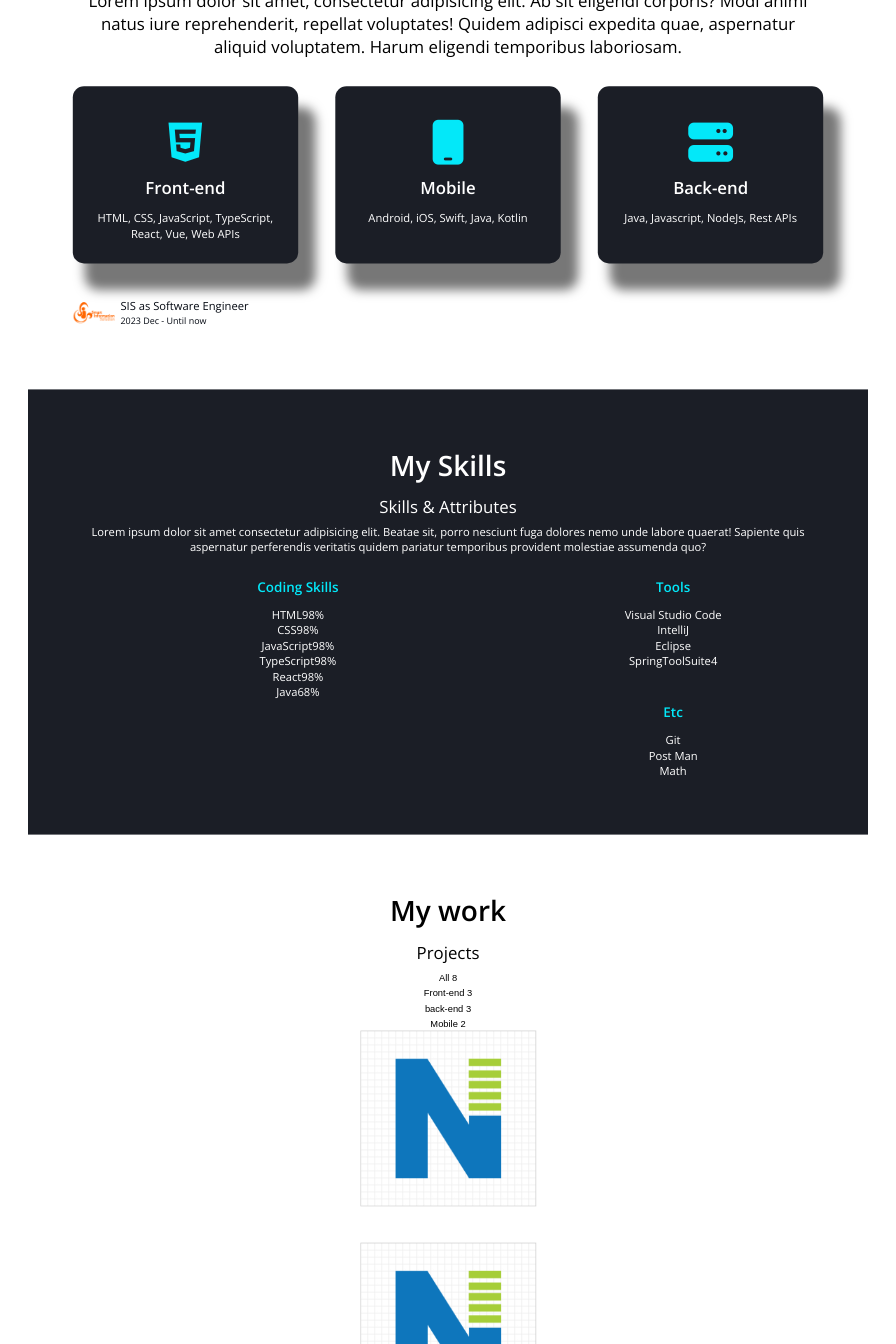
Repository: N1C0N1C0/Portfolio
Page: index.html
An editor plug-in stored every save of this project. The page is shown before and after the next save, followed by the edit.
The browser window is 1280 px wide. The pictures show the part of the page from y = 905 to 2825 px (the page is 6447 px tall), at 70% of full size.
Some web libraries are served in a nearby version.

Above is the page before, as saved 2023-12-16 23:10:58.

After the next save:
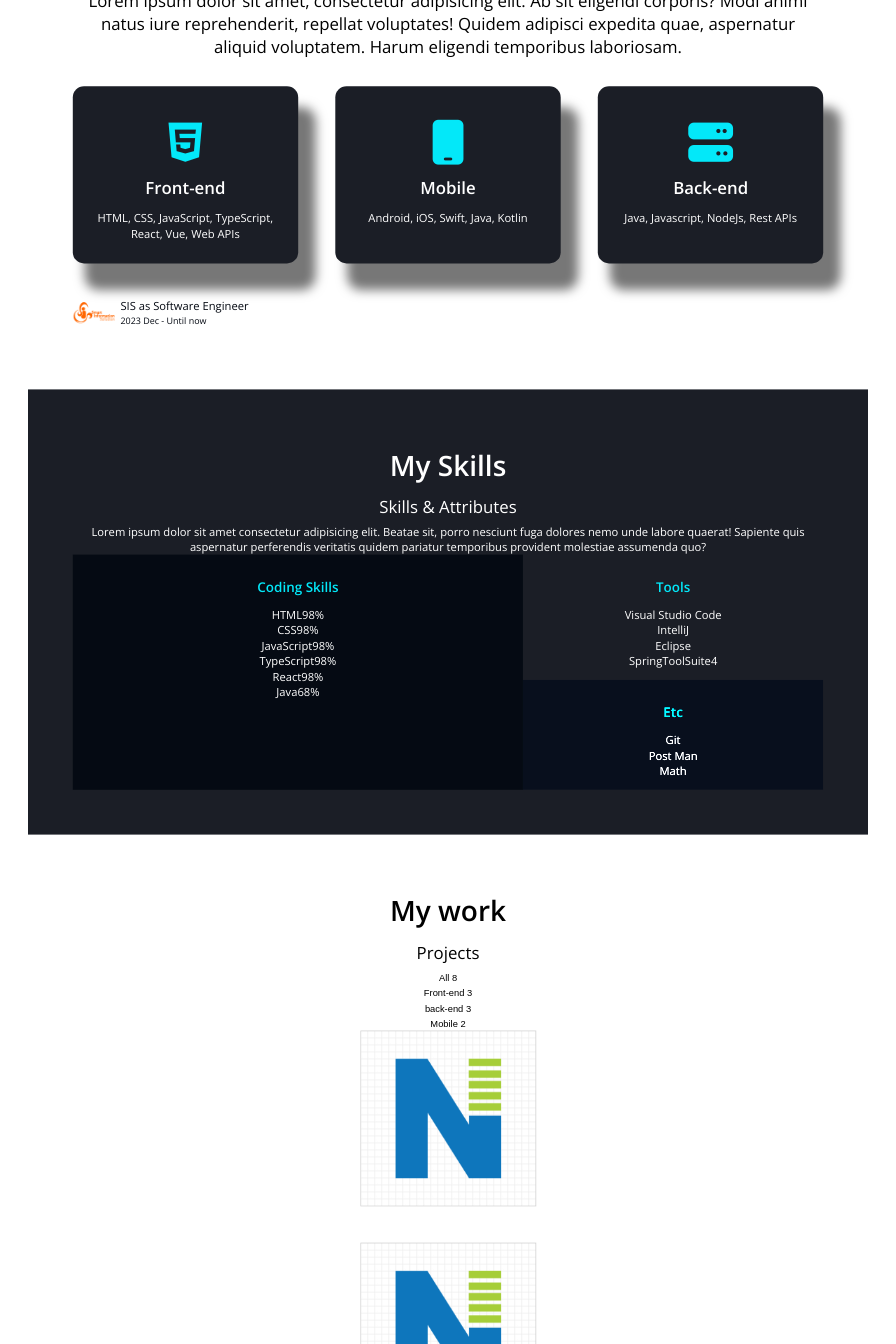
Saved 45 s later.
--- a/css/style.css
+++ b/css/style.css
@@ -245,6 +245,7 @@ button:focus {
 .skills__coding {
     grid-row: span 2;
     padding: 1rem;
+    background-color: var(--color-primary);
 }
 
 .skills__tools {
@@ -253,4 +254,6 @@ button:focus {
 
 .skills__etc {
     padding: 1rem;
-}
+    background-color: var(--color-primary);
+    filter: brightness(150%);
+}
